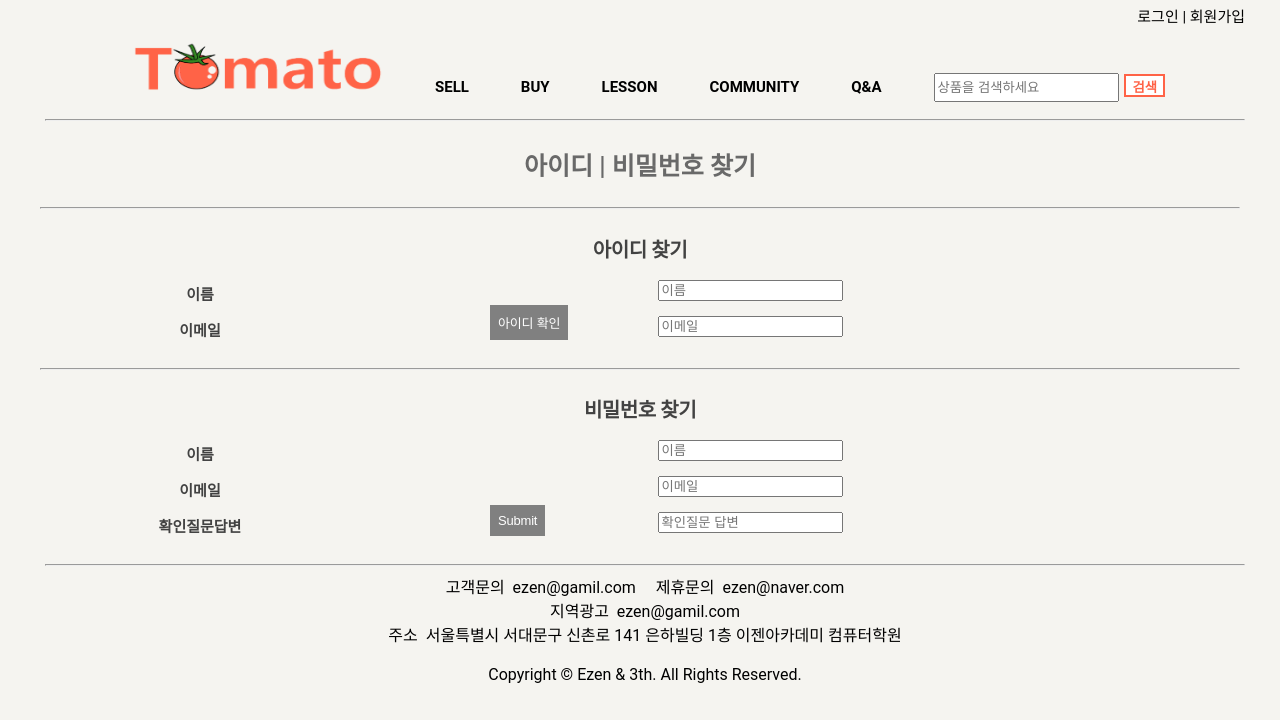
Repository: javadogfoot/semi-project
Page: http://localhost/tomato/member/find_IdPwd.jsp
An editor plug-in stored every save of this project. The page is shown before and after the next save, followed by the edit.
The browser window is 1280 px wide. The pictures show the whole page.
The page is served by Tomcat 9.

Above is the page before, as saved 2021-10-18 13:35:20.

After the next save:
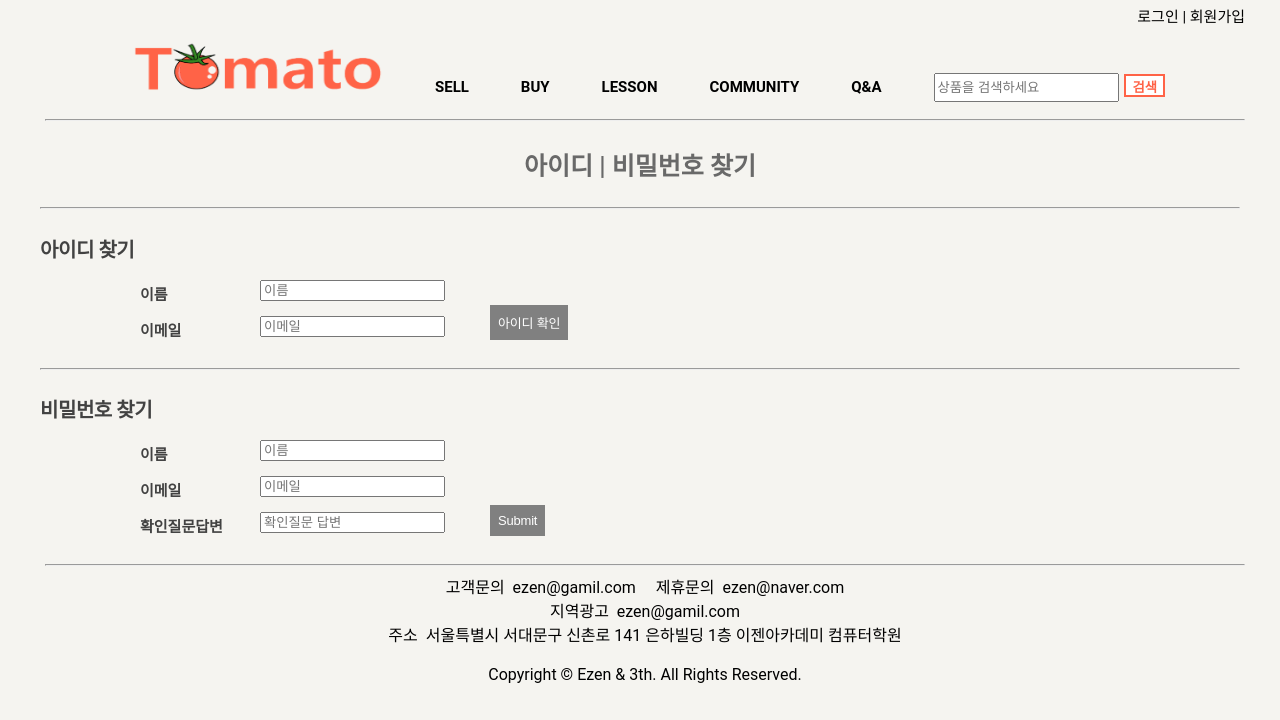
Saved 14 s later.
--- a/semi프로젝트워크스페이스/tomato/src/main/webapp/member/find_IdPwd.jsp
+++ b/semi프로젝트워크스페이스/tomato/src/main/webapp/member/find_IdPwd.jsp
@@ -103,7 +103,7 @@ h3{
 <body>
 <%@include file="/header.jsp" %>
 <section>
-   <article style="text-align: center;">
+   <article>
    <h3>아이디 | 비밀번호 찾기</h3>
    <hr/>
    <form name="find_id" method="post" action="find_Id_ok.jsp">
